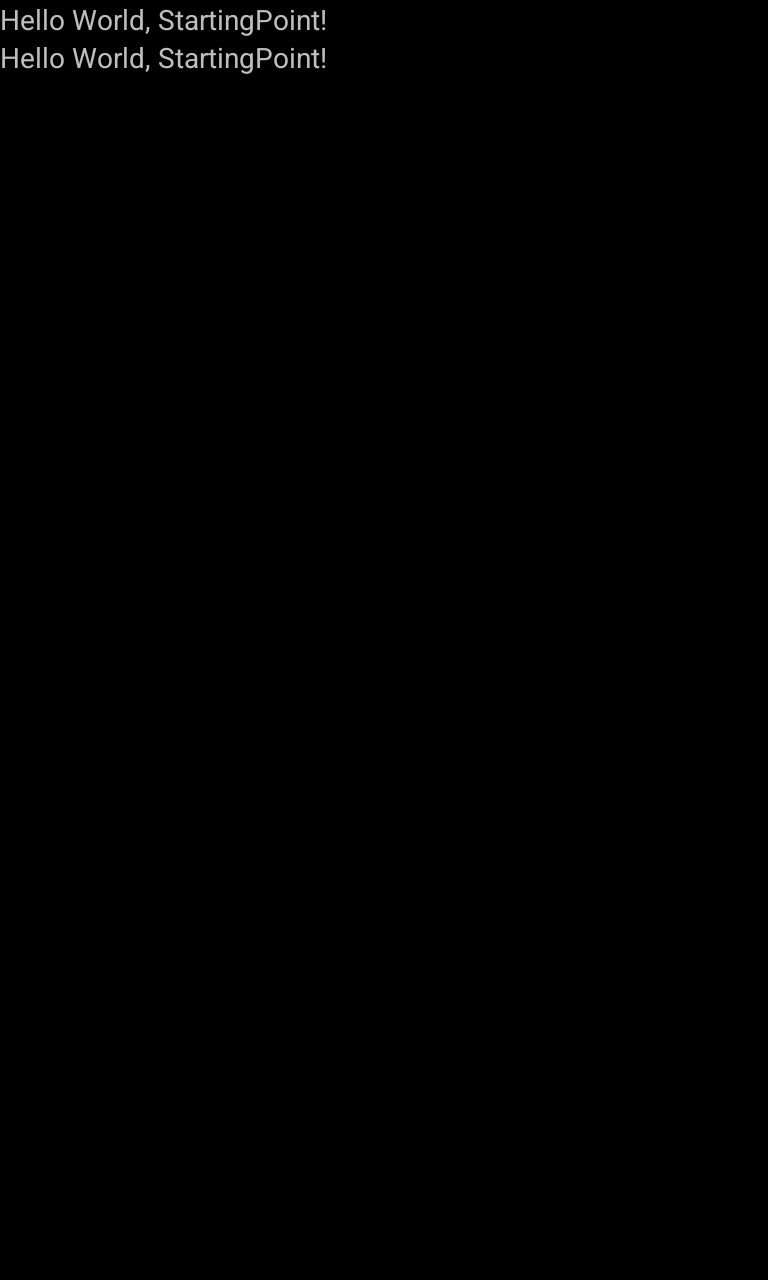
Repository: mcranwill/java_android
Layout: newboston/res/layout/main.xml
An editor plug-in stored every save of this project. The layout is shown before and after the next save, followed by the edit.
It is drawn on a 768 x 1280 px phone screen (xhdpi) without system bars, with theme android:Theme; the app's code is not run.

Above is the layout before, as saved 2012-06-08 03:22:26.

### newboston/res/layout/main.xml
<?xml version="1.0" encoding="utf-8"?>
<LinearLayout xmlns:android="http://schemas.android.com/apk/res/android"
    android:layout_width="fill_parent"
    android:layout_height="fill_parent"
    android:orientation="vertical" >

    <TextView
        android:layout_width="wrap_content"
        android:layout_height="wrap_content"
        android:text="@string/hello" />
     <TextView
        android:layout_width="fill_parent"
        android:layout_height="wrap_content"
        android:text="@string/hello" />

</LinearLayout>

### newboston/res/values/strings.xml
<?xml version="1.0" encoding="utf-8"?>
<resources>

    <string name="hello">Hello World, StartingPoint!</string>
    <string name="app_name">Newboston</string>

</resources>

After the next save:
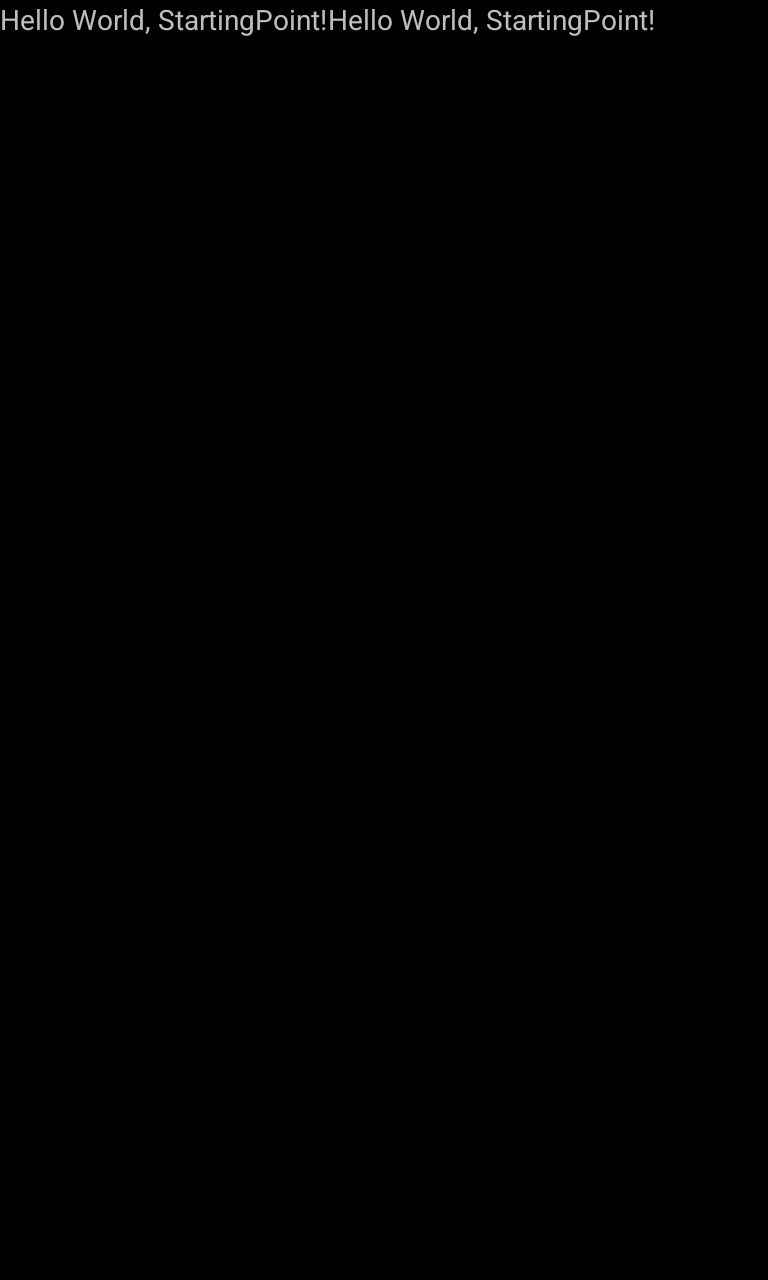
Saved 24 s later.
--- a/newboston/res/layout/main.xml
+++ b/newboston/res/layout/main.xml
@@ -2,7 +2,7 @@
 <LinearLayout xmlns:android="http://schemas.android.com/apk/res/android"
     android:layout_width="fill_parent"
     android:layout_height="fill_parent"
-    android:orientation="vertical" >
+    android:orientation="horizontal" >
 
     <TextView
         android:layout_width="wrap_content"
